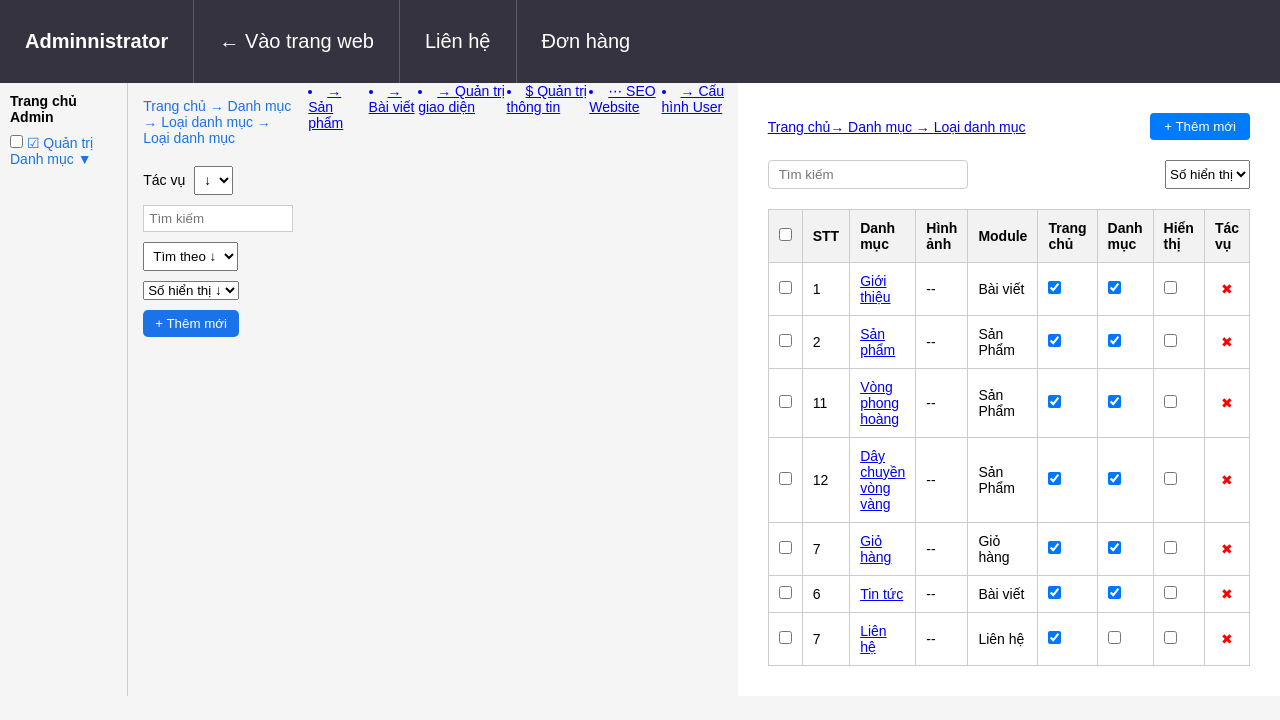
Repository: TranTanDat0606/Du-An-1
Page: Admin]/admin.html
These files come from the project's save history. The page is drawn as it stood at one moment and after a run of saves; the edit follows.
The browser window is 1280 px wide. The pictures show the whole page.

Above is the page before, as saved 2025-07-31 09:00:28.

After the next 2 saves:
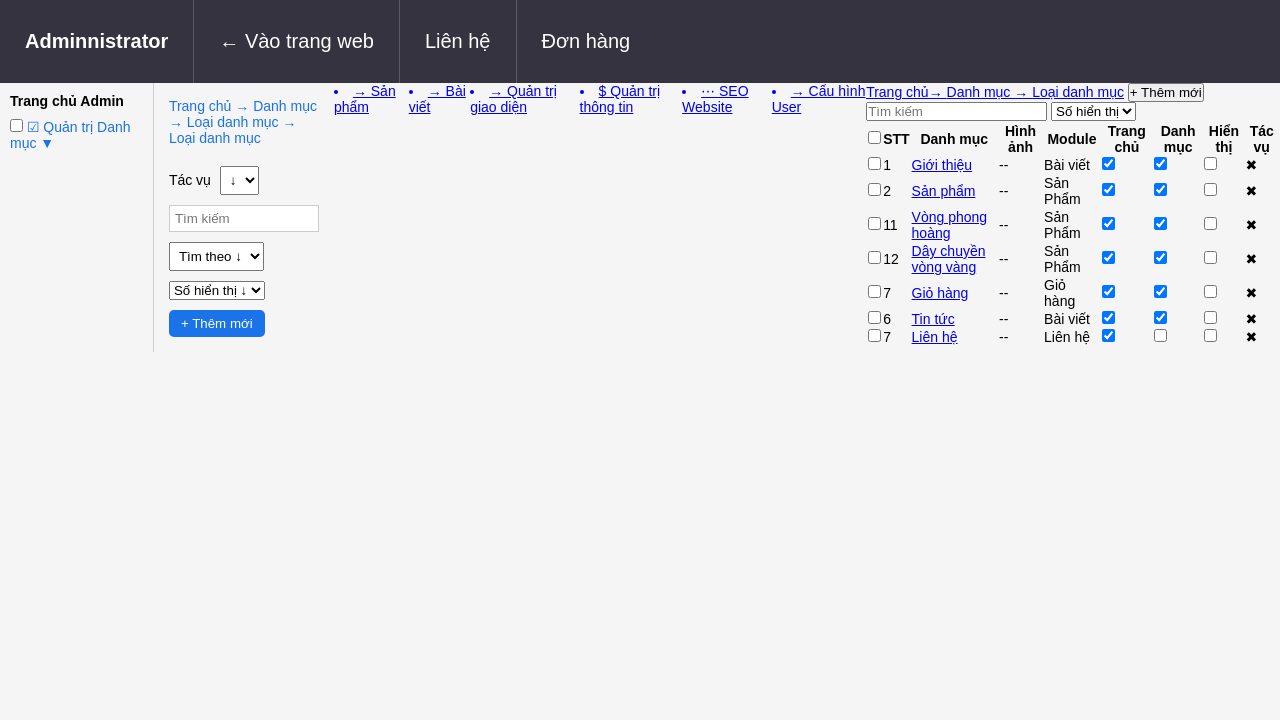
The 2 saves are shown as one change because they came seconds apart.
The last was saved 28 s later.
--- a/Admin]/admin.css
+++ b/Admin]/admin.css
@@ -130,95 +130,3 @@ body {
     border-radius: 5px;
     cursor: pointer;
 }
-/* Sidebar */
-.sidebar {
-    width: 250px;
-    background: #fff;
-    border-right: 1px solid #ccc;
-    padding: 20px;
-}
-
-.sidebar h2 {
-    margin-bottom: 15px;
-    font-size: 20px;
-}
-
-.sidebar ul {
-    list-style: none;
-}
-
-.sidebar li {
-    margin-bottom: 10px;
-    font-size: 15px;
-}
-
-.sidebar .submenu {
-    margin-left: 15px;
-}
-
-.sidebar a {
-    color: #007bff;
-    text-decoration: none;
-}
-
-/* Main Content */
-.main-content {
-    flex: 1;
-    padding: 30px;
-    background: #fff;
-}
-
-.header-bar {
-    display: flex;
-    justify-content: space-between;
-    align-items: center;
-}
-
-.breadcrumbs {
-    color: #555;
-    font-size: 14px;
-}
-
-.btn-new {
-    background: #007bff;
-    color: #fff;
-    border: none;
-    padding: 6px 14px;
-    border-radius: 4px;
-    cursor: pointer;
-}
-
-.table-toolbar {
-    margin: 20px 0;
-    display: flex;
-    justify-content: space-between;
-}
-
-.search-input {
-    padding: 6px 10px;
-    width: 200px;
-    border: 1px solid #ccc;
-    border-radius: 4px;
-}
-
-table {
-    width: 100%;
-    border-collapse: collapse;
-    background: #fff;
-}
-
-table th,
-table td {
-    border: 1px solid #ccc;
-    padding: 10px;
-    text-align: left;
-}
-
-table th {
-    background: #f2f2f2;
-}
-
-.text-danger {
-    color: red;
-    text-align: center;
-}
